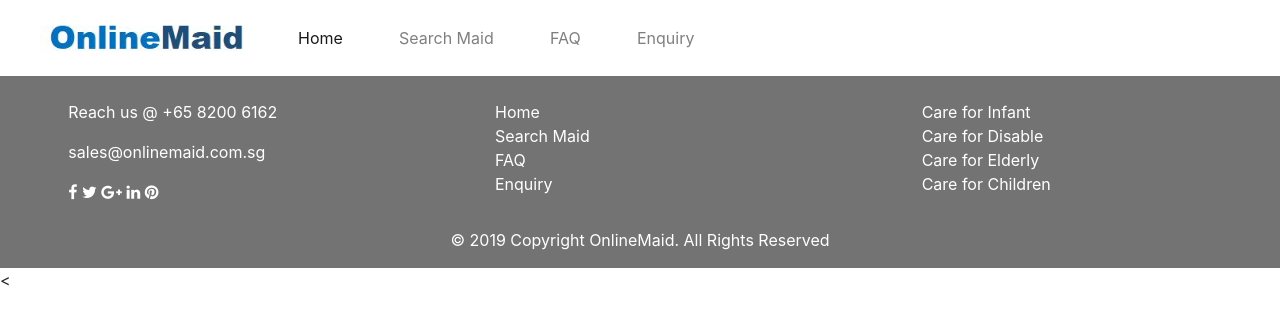
Repository: Code-Institute-Submissions/Project-1---Online-Maid
Page: searchMaid.html
The author's editor kept a record of every edit. The page is drawn from the files as they stood at one moment, then again after the next edit.
The browser window is 1280 px wide. The pictures show the whole page.
Some web libraries are served in a nearby version.

Above is the page before.

After the next edit:
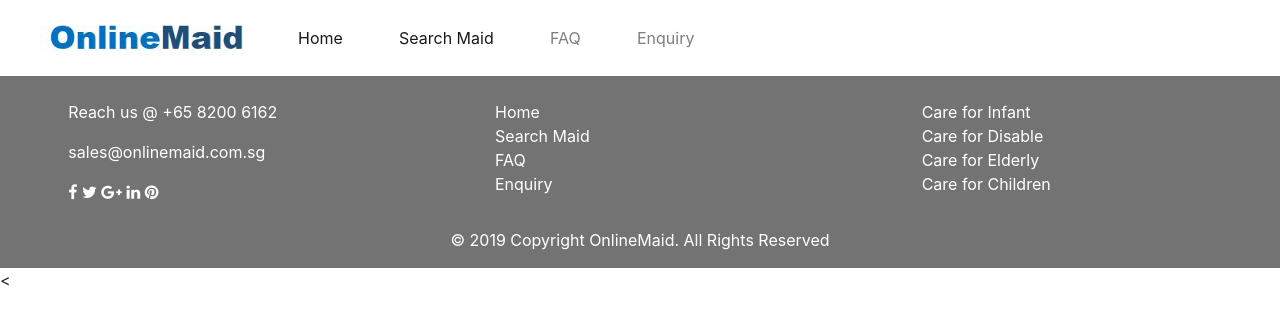
The edit:
--- a/searchMaid.html
+++ b/searchMaid.html
@@ -25,7 +25,7 @@
       <li class="nav-item active hvr-sweep-to-bottom">
         <a class="nav-link" href="index.html">Home</a>
       </li>
-      <li class="nav-item hvr-sweep-to-bottom">
+      <li class="nav-item active hvr-sweep-to-bottom">
         <a class="nav-link" href="searchMaid.html">Search Maid</a>
       </li>
       <li class="nav-item hvr-sweep-to-bottom">
